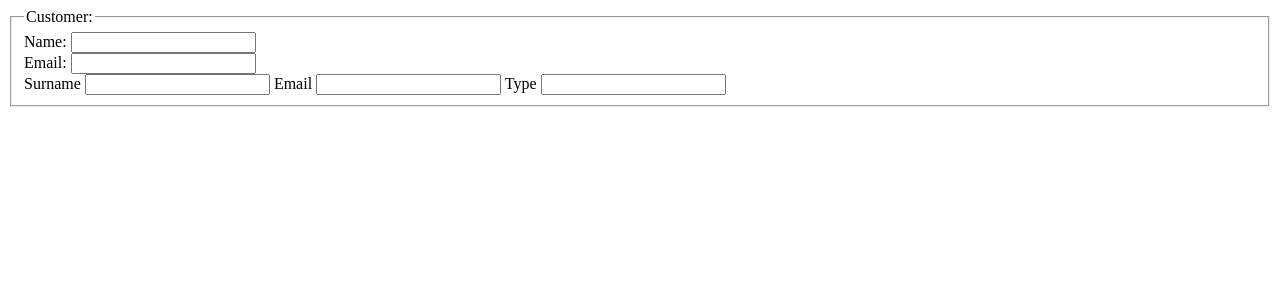
Repository: wisni4k/html-trainee
Page: testWeb/WebContent/Formularz.html
These files come from the project's save history. The page is drawn as it stood at one moment and after the next save; the edit follows.
The browser window is 1280 px wide. The pictures show the whole page.

Above is the page before, as saved 2015-07-10 11:25:39.

After the next save:
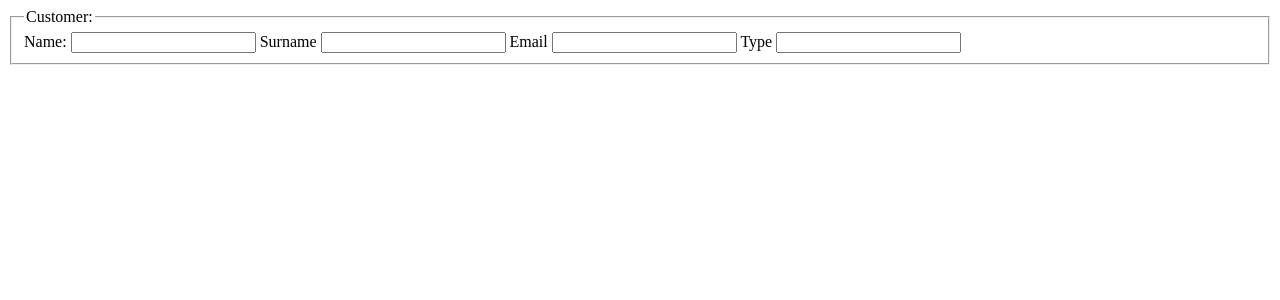
Saved 48 s later.
--- a/testWeb/WebContent/Formularz.html
+++ b/testWeb/WebContent/Formularz.html
@@ -9,7 +9,7 @@
 	<form>
 		<fieldset>
 			<legend>Customer:</legend>
-			Name: <input type="text"><br> Email: <input type="text"><br>
+			Name: <input type="text">
 			Surname <input type="text">
 			Email <input type="text">
 			Type <input type="text">
